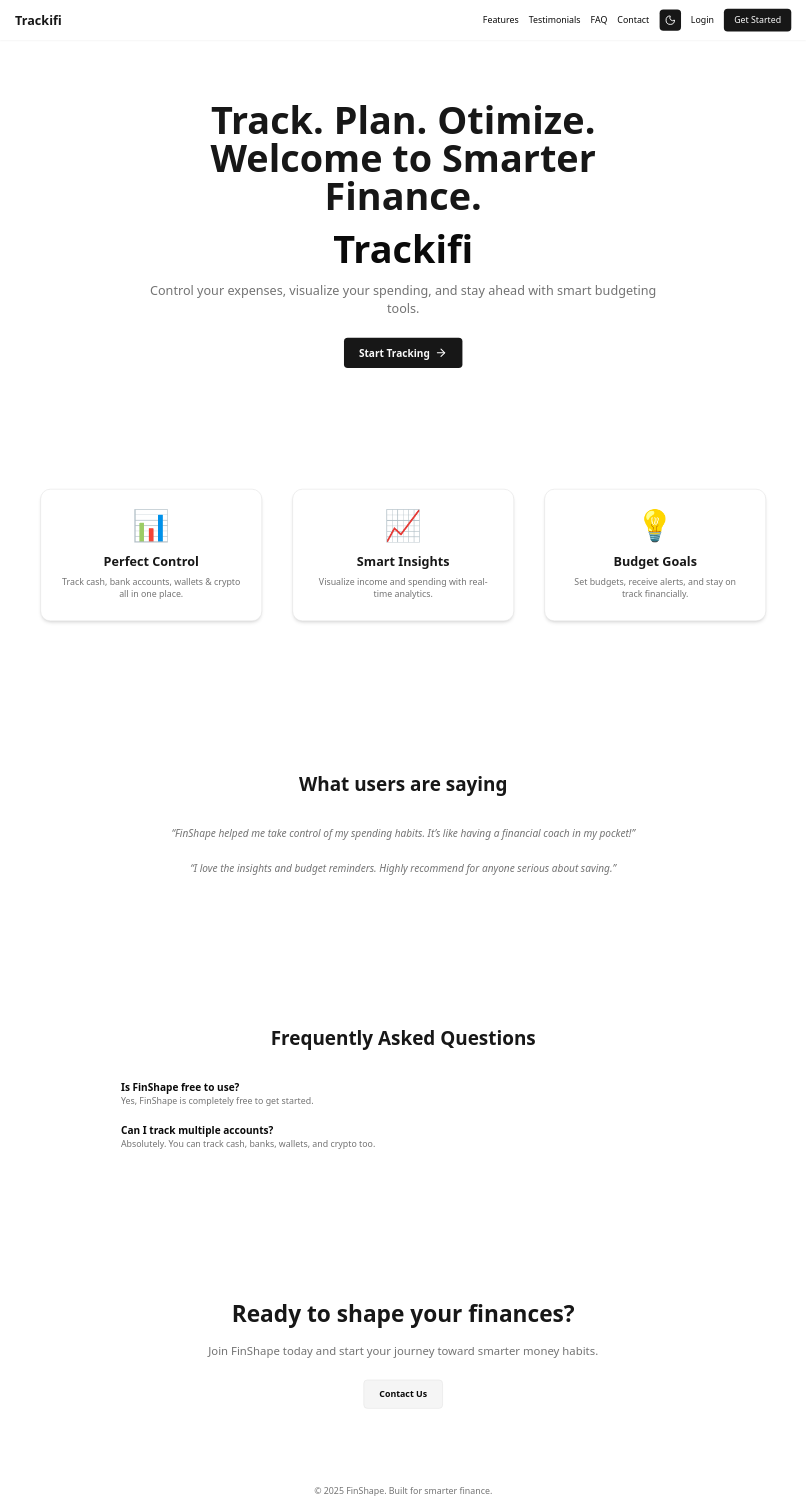
Repository: ruthvik-mt/Trackifi
Page: /categories (app in frontend/)
These files come from the project's save history. The page is drawn as it stood at one moment and after a run of saves; the edit follows.
The browser window is 1280 px wide. The pictures show the whole page, at 63% of full size.
The project was rebuilt for these pictures with package versions that can differ from the ones it lists, and the page was loaded fresh each time. Also part of the build but not shown: frontend/vite.config.ts, frontend/src/components/FormInput.tsx, frontend/src/pages/Auth/Login.tsx, frontend/src/pages/Auth/Register.tsx, frontend/src/components/Sidebar.tsx, frontend/src/components/ThemeToggleButton.tsx, frontend/src/components/Navbar.tsx, frontend/src/pages/Dashboard/Layout.tsx and 20 more.

Above is the page before, as saved 2025-07-15 23:14:17.

### frontend/index.html
<!-- index.html -->
<!DOCTYPE html>
<html lang="en">
  <head>
    <meta charset="UTF-8" />
    <link rel="icon" href="/favicon.svg" />
    <meta name="viewport" content="width=device-width, initial-scale=1.0" />

    <!-- Critical script: apply theme before paint -->
    <script>
      const theme = localStorage.getItem("theme");
      if (
        theme === "dark" ||
        (!theme && window.matchMedia("(prefers-color-scheme: dark)").matches)
      ) {
        document.documentElement.classList.add("dark");
      } else {
        document.documentElement.classList.remove("dark");
      }
    </script>

    <title>FinShape</title>
  </head>
  <body>
    <div id="root"></div>
    <script type="module" src="/src/main.tsx"></script>
  </body>
</html>

### frontend/src/main.tsx
import React from "react";
import ReactDOM from "react-dom/client";
import App from "./App";
import "./tailwind.css";
import { AuthProvider } from "./context/AuthProvider";
import { ThemeProvider } from "./context/ThemeProvider"; // ✅ Add ThemeProvider
import { BrowserRouter as Router } from "react-router-dom";

ReactDOM.createRoot(document.getElementById("root")!).render(
  <React.StrictMode>
    <Router>
      {/* ✅ Wrap app with theme context */}
      <ThemeProvider>
        <AuthProvider>
          <App />
        </AuthProvider>
      </ThemeProvider>
    </Router>
  </React.StrictMode>
);

### frontend/src/App.tsx
import { Routes, Route, Navigate } from "react-router-dom";
import Login from "./pages/Auth/Login";
import Register from "./pages/Auth/Register";
import Dashboard from "./pages/Dashboard/Dashboard";
import CategoryList from "./pages/Categories/CategoryList";
import TransactionList from "./pages/Transactions/TransactionList";
import BudgetList from "./pages/Budgets/BudgetList";
import MonthlyTotal from "./pages/Insights/MonthlyTotal";
import CategoryBreakdown from "./pages/Insights/CategoryBreakdown";
import BudgetComparison from "./pages/Insights/BudgetComparison";
import ProtectedRoute from "./components/ProtectedRoute";
import LandingPage from "./pages/LandingPage"; // ✅ Add this import

export default function App() {
  return (
    <Routes>
      {/* Landing Page */}
      <Route path="/" element={<LandingPage />} /> {/* ✅ New route */}

      {/* Auth Routes */}
      <Route path="/login" element={<Login />} />
      <Route path="/register" element={<Register />} />

      {/* Protected Routes */}
      <Route
        path="/dashboard"
        element={
          <ProtectedRoute>
            <Dashboard />
          </ProtectedRoute>
        }
      />
      <Route
        path="/categories"
        element={
          <ProtectedRoute>
            <CategoryList />
          </ProtectedRoute>
        }
      />
      <Route
        path="/transactions"
        element={
          <ProtectedRoute>
            <TransactionList />
          </ProtectedRoute>
        }
      />
      <Route
        path="/budgets"
        element={
          <ProtectedRoute>
            <BudgetList />
          </ProtectedRoute>
        }
      />
      <Route
        path="/insights/monthly-total"
        element={
          <ProtectedRoute>
            <MonthlyTotal />
          </ProtectedRoute>
        }
      />
      <Route
        path="/insights/category-breakdown"
        element={
          <ProtectedRoute>
            <CategoryBreakdown />
          </ProtectedRoute>
        }
      />
      <Route
        path="/insights/budget-comparison"
        element={
          <ProtectedRoute>
            <BudgetComparison />
          </ProtectedRoute>
        }
      />

      {/* Fallback Route */}
      <Route path="*" element={<Navigate to="/" />} /> {/* ✅ Updated from "/login" to "/" */}
    </Routes>
  );
}

### frontend/src/tailwind.css
@tailwind base;
@tailwind components;
@tailwind utilities;

/* =========================
   Base Theme Variables
   ========================= */

@layer base {
  :root {
    --background: 0 0% 100%;
    --foreground: 0 0% 3.9%;

    --card: 0 0% 100%;
    --card-foreground: 0 0% 3.9%;

    --popover: 0 0% 100%;
    --popover-foreground: 0 0% 3.9%;

    --primary: 0 0% 9%;
    --primary-foreground: 0 0% 98%;

    --secondary: 0 0% 96.1%;
    --secondary-foreground: 0 0% 9%;

    --muted: 0 0% 96.1%;
    --muted-foreground: 0 0% 45.1%;

    --accent: 0 0% 96.1%;
    --accent-foreground: 0 0% 9%;

    --destructive: 0 84.2% 60.2%;
    --destructive-foreground: 0 0% 98%;

    --border: 0 0% 89.8%;
    --input: 0 0% 89.8%;
    --ring: 0 0% 3.9%;

    --chart-1: 12 76% 61%;
    --chart-2: 173 58% 39%;
    --chart-3: 197 37% 24%;
    --chart-4: 43 74% 66%;
    --chart-5: 27 87% 67%;

    --radius: 0.5rem;

    --tooltip-bg: #ffffff;
    --tooltip-color: #000000;
  }

  .dark {
    --background: 0 0% 3.9%;
    --foreground: 0 0% 98%;

    --card: 0 0% 3.9%;
    --card-foreground: 0 0% 98%;

    --popover: 0 0% 3.9%;
    --popover-foreground: 0 0% 98%;

    --primary: 0 0% 98%;
    --primary-foreground: 0 0% 9%;

    --secondary: 0 0% 14.9%;
    --secondary-foreground: 0 0% 98%;

    --muted: 0 0% 14.9%;
    --muted-foreground: 0 0% 63.9%;

    --accent: 0 0% 14.9%;
    --accent-foreground: 0 0% 98%;

    --destructive: 0 62.8% 30.6%;
    --destructive-foreground: 0 0% 98%;

    --border: 0 0% 14.9%;
    --input: 0 0% 14.9%;
    --ring: 0 0% 83.1%;

    --chart-1: 220 70% 50%;
    --chart-2: 160 60% 45%;
    --chart-3: 30 80% 55%;
    --chart-4: 280 65% 60%;
    --chart-5: 340 75% 55%;

    --tooltip-bg: #d9dde2; /* dark gray or slate */
    --tooltip-color: #0d0f11;
  }
}

/* =========================
   Global Element Styles
   ========================= */
@layer base {
  * {
    @apply border-border;
  }

  html,
  body {
    @apply bg-background text-foreground antialiased;
    min-height: 100%;
    scroll-behavior: smooth;
  }

  input,
  select,
  textarea {
    @apply bg-input text-foreground placeholder-muted-foreground
           border border-border rounded px-3 py-2
           focus:outline-none focus:ring-2 focus:ring-ring;
  }

  button {
    @apply transition-colors bg-primary text-primary-foreground px-4 py-2 rounded
           hover:bg-primary/90 focus:outline-none focus:ring-2 focus:ring-ring;
  }
}

### frontend/src/context/ThemeProvider.tsx
import { useEffect, useState, ReactNode } from "react";
import { ThemeContext, Theme } from "./ThemeContext";

export const ThemeProvider = ({ children }: { children: ReactNode }) => {
  const getInitialTheme = (): Theme => {
    if (typeof window === "undefined") return "light";
    const stored = localStorage.getItem("theme");
    if (stored === "light" || stored === "dark") return stored;
    return window.matchMedia("(prefers-color-scheme: dark)").matches ? "dark" : "light";
  };

  const [theme, setTheme] = useState<Theme>(getInitialTheme);

  useEffect(() => {
    const root = document.documentElement;
    if (theme === "dark") {
      root.classList.add("dark");
    } else {
      root.classList.remove("dark");
    }
    localStorage.setItem("theme", theme);
  }, [theme]);

  const toggleTheme = () => setTheme(prev => (prev === "dark" ? "light" : "dark"));

  return (
    <ThemeContext.Provider value={{ theme, toggleTheme }}>
      {children}
    </ThemeContext.Provider>
  );
};

### frontend/src/components/ProtectedRoute.tsx
// // src/components/ProtectedRoute.tsx
// import { Navigate } from "react-router-dom";
// import { useAuth } from "@/hooks/useAuth";
// import { ReactNode } from "react";

// const ProtectedRoute = ({ children }: { children: ReactNode }) => {
//   const { token } = useAuth();
//   return token ? <>{children}</> : <Navigate to="/login" replace />;
// };

// export default ProtectedRoute;

import { Navigate } from "react-router-dom";
import { useAuth } from "../hooks/useAuth"; // ✅ Correct path
import { JSX } from "react/jsx-runtime";

export default function ProtectedRoute({ children }: { children: JSX.Element }) {
  const { token } = useAuth();

  if (!token) return <Navigate to="/" replace />;
  return children;
}

### frontend/src/pages/LandingPage.tsx
import { Link } from "react-router-dom";
import { motion } from "framer-motion";
import { ArrowRight, Moon, Sun } from "lucide-react";
import { useTheme } from "../hooks/useTheme";
import { useState, useEffect } from "react";
import { Spinner } from "@/components/Spinner";

export default function LandingPage() {
  const { theme, toggleTheme } = useTheme();
  const [buttonLoading, setButtonLoading] = useState(true);

  useEffect(() => {
    const timer = setTimeout(() => setButtonLoading(false), 1000);
    return () => clearTimeout(timer);
  }, []);

  return (
    <div className="min-h-screen bg-background text-foreground">
      {/* ────────────── Header ────────────── */}
      <header className="sticky top-0 z-10 h-16 bg-card text-card-foreground shadow-sm flex items-center justify-between px-6">
        <a href="#hero" className="text-xl font-bold text-primary">Trackifi</a>

        <nav className="flex items-center gap-4">
          <a href="#features" className="text-sm font-medium hover:text-primary transition-colors">Features</a>
          <a href="#testimonials" className="text-sm font-medium hover:text-primary transition-colors">Testimonials</a>
          <a href="#faq" className="text-sm font-medium hover:text-primary transition-colors">FAQ</a>
          <a href="#cta" className="text-sm font-medium over:text-primary transition-colors">Contact</a>

          <button
            onClick={toggleTheme}
            className="px-2 py-2 rounded-md text-sm font-medium bg-primary text-primary-foreground hover:bg-primary/90 transition-colors flex items-center justify-center"
            aria-label={`Switch to ${theme === "dark" ? "light" : "dark"} mode`}
          >
            {theme === "dark" ? <Sun size={18} /> : <Moon size={18} />}
          </button>

          <Link
            to="/login"
            className="text-sm font-medium hover:text-primary transition-colors"
          >
            Login
          </Link>

          {buttonLoading ? (
            <Spinner size="default" />
          ) : (
            <Link to="/register">
              <button className="px-4 py-2 rounded-md text-sm font-medium bg-primary text-primary-foreground hover:bg-primary/90 transition-colors">
                Get Started
              </button>
            </Link>
          )}
        </nav>
      </header>

      {/* ────────────── Hero Section ────────────── */}
      <motion.section
        id="hero"
        className="text-center px-6 py-24 max-w-4xl mx-auto"
        initial={{ opacity: 0, y: 30 }}
        animate={{ opacity: 1, y: 0 }}
        transition={{ duration: 0.6 }}
      >
        <h1 className="text-5xl md:text-6xl font-extrabold leading-tight mb-6 text-primary">
  Track. Plan. Otimize. Welcome to Smarter Finance.
</h1>

<h2 className="text-5xl md:text-6xl font-extrabold text-center leading-tight mb-6 xt-primary">
  Trackifi
</h2>

        <p className="text-lg md:text-xl text-muted-foreground mb-8">
          Control your expenses, visualize your spending, and stay ahead with smart budgeting tools.
        </p>

        {buttonLoading ? (
          <div className="flex justify-center">
            <Spinner size="lg" />
          </div>
        ) : (
          <Link to="/register">
            <button
              aria-label="Start tracking your expenses"
              className="px-6 py-3 rounded-md font-semibold bg-primary text-primary-foreground hover:bg-primary/90 inline-flex items-center gap-2 transition-colors"
            >
              Start Tracking <ArrowRight size={20} />
            </button>
          </Link>
        )}
      </motion.section>

      {/* ────────────── Features Section ────────────── */}
      <motion.section
        id="features"
        className="py-24 px-6 bg-background"
        initial={{ opacity: 0 }}
        whileInView={{ opacity: 1 }}
        viewport={{ once: true, amount: 0.2 }}
        transition={{ duration: 0.8 }}
      >
        <div className="max-w-6xl mx-auto grid gap-12 md:grid-cols-3 text-center">
          {[
            {
              icon: "📊",
              title: "Perfect Control",
              desc: "Track cash, bank accounts, wallets & crypto all in one place.",
            },
            {
              icon: "📈",
              title: "Smart Insights",
              desc: "Visualize income and spending with real-time analytics.",
            },
            {
              icon: "💡",
              title: "Budget Goals",
              desc: "Set budgets, receive alerts, and stay on track financially.",
            },
          ].map(({ icon, title, desc }, index) => (
            <motion.div
              key={title}
              className="bg-white dark:bg-zinc-900 text-zinc-800 dark:text-white border border-border p-8 rounded-2xl shadow-md hover:shadow-xl transition-transform"
              initial={{ opacity: 0, y: 40, scale: 0.95 }}
              whileInView={{ opacity: 1, y: 0, scale: 1 }}
              viewport={{ once: true, amount: 0.3 }}
              whileHover={{ scale: 1.06 }}
              transition={{
                duration: 0.6,
                delay: index * 0.2,
                type: "spring",
                stiffness: 120,
              }}
            >
              <div className="text-5xl mb-5">{icon}</div>
              <h3 className="text-xl font-bold mb-2 text-primary">{title}</h3>
              <p className="text-sm text-muted-foreground">{desc}</p>
            </motion.div>
          ))}
        </div>
      </motion.section>

      {/* ────────────── Testimonials Section ────────────── */}
    <motion.section
  id="testimonials"
  className="py-24 px-6 bg-background text-center"
  initial={{ opacity: 0 }}
  whileInView={{ opacity: 1 }}
  viewport={{ once: true, amount: 0.2 }}
  transition={{ duration: 0.8 }}
>
  <div className="h-12 bg-gradient-to-b from-transparent to-background" />
  <h2 className="text-3xl font-bold mb-12 text-primary">What users are saying</h2>
  <div className="max-w-4xl mx-auto space-y-8">
    {[
      "FinShape helped me take control of my spending habits. It’s like having a financial coach in my pocket!",
      "I love the insights and budget reminders. Highly recommend for anyone serious about saving.",
    ].map((text, index) => (
      <motion.blockquote
        key={index}
        className="italic text-muted-foreground"
        initial={{ opacity: 0, y: 20 }}
        whileInView={{ opacity: 1, y: 0 }}
        transition={{ duration: 0.5, delay: index * 0.2 }}
        viewport={{ once: true, amount: 0.5 }}
      >
        {`“${text}”`}
      </motion.blockquote>
    ))}
  </div>
</motion.section>



      {/* ────────────── FAQ Section ────────────── */}
     <motion.section
  id="faq"
  className="py-24 px-6 bg-background"
  initial={{ opacity: 0 }}
  whileInView={{ opacity: 1 }}
  viewport={{ once: true, amount: 0.2 }}
  transition={{ duration: 0.8 }}
>
  <div className="h-12 bg-gradient-to-b from-transparent to-background" />
  <h2 className="text-3xl font-bold mb-12 text-center text-primary">Frequently Asked Questions</h2>
  <div className="max-w-4xl mx-auto space-y-6">
    {[
      {
        question: "Is FinShape free to use?",
        answer: "Yes, FinShape is completely free to get started.",
      },
      {
        question: "Can I track multiple accounts?",
        answer: "Absolutely. You can track cash, banks, wallets, and crypto too.",
      },
    ].map(({ question, answer }, index) => (
      <motion.div
        key={index}
        initial={{ opacity: 0, y: 20 }}
        whileInView={{ opacity: 1, y: 0 }}
        transition={{ duration: 0.5, delay: index * 0.2 }}
        viewport={{ once: true, amount: 0.5 }}
      >
        <h4 className="font-semibold">{question}</h4>
        <p className="text-sm text-muted-foreground">{answer}</p>
      </motion.div>
    ))}
  </div>
</motion.section>



      {/* ────────────── Call to Action ────────────── */}
      <motion.section
  id="cta"
  className="py-24 px-6 bg-background text-center"
  initial={{ opacity: 0 }}
  whileInView={{ opacity: 1 }}
  viewport={{ once: true, amount: 0.2 }}
  transition={{ duration: 0.8 }}
>
  <div className="h-12 bg-gradient-to-b from-transparent to-background" />
  <motion.div
    className="max-w-2xl mx-auto"
    initial={{ opacity: 0, y: 30 }}
    whileInView={{ opacity: 1, y: 0 }}
    transition={{ duration: 0.6 }}
    viewport={{ once: true }}
  >
    <h2 className="text-4xl font-bold mb-6 text-primary">Ready to shape your finances?</h2>
    <p className="mb-8 text-lg text-muted-foreground">
      Join FinShape today and start your journey toward smarter money habits.
    </p>
    <div className="flex flex-col sm:flex-row gap-4 justify-center">
      <Link to="/contact">
        <button className="px-6 py-3 text-sm font-semibold bg-muted text-foreground border border-border rounded-md hover:bg-muted/80 transition-colors">
          Contact Us
        </button>
      </Link>
    </div>
  </motion.div>
</motion.section>



      {/* ────────────── Footer ────────────── */}
      <footer className="text-center py-6 text-sm text-muted-foreground bg-background">
        © {new Date().getFullYear()} FinShape. Built for smarter finance.
      </footer>
    </div>
  );
}

### frontend/src/context/AuthContext.tsx
// import { createContext } from "react";
// import { User } from "@/types/Auth";

// export interface AuthContextType {
//   token: string | null;
//   user: User | null;
//   login: (token: string) => void;
//   logout: () => void;
// }

// export const AuthContext = createContext<AuthContextType>({
//   token: null,
//   user: null,
//   login: () => {},
//   logout: () => {},
// });

// src/context/AuthContext.ts
import { createContext } from "react";

export interface AuthContextType {
  token: string | null;
  login: (email: string, password: string) => Promise<void>;
  logout: () => void;
}

export const AuthContext = createContext<AuthContextType>(
  {} as AuthContextType // ✅ Safe for use without null-checks
);

### frontend/src/axios.ts
// // src/axios.ts
// import axios from "axios";

// const axiosInstance = axios.create({
//   baseURL: "http://localhost:8080/api",
// });

// axiosInstance.interceptors.request.use((config) => {
//   const token = localStorage.getItem("token");
//   if (token && config.headers) {
//     config.headers.Authorization = `Bearer ${token}`;
//   }
//   return config;
// });

// export default axiosInstance;

// src/axios.ts
// src/axios.ts
import axios from "axios";

const instance = axios.create({
  baseURL: "", // <-- frontend sends /api/... and Vite handles the proxy
  headers: {
    "Content-Type": "application/json",
  },
});

instance.interceptors.request.use((config) => {
  const token = localStorage.getItem("token");
  if (token) {
    config.headers = config.headers || {};
    config.headers["Authorization"] = `Bearer ${token}`;
  }
  return config;
});

export default instance;

### frontend/src/context/ThemeContext.tsx
import { createContext } from "react";

export type Theme = "light" | "dark";

export interface ThemeContextType {
  theme: Theme;
  toggleTheme: () => void;
}

export const ThemeContext = createContext<ThemeContextType | undefined>(undefined);

### frontend/src/hooks/useAuth.ts
// import { useContext } from "react";
// import { AuthContext } from "@/context/AuthContext";

// export const useAuth = () => useContext(AuthContext);

import { useContext } from "react";
import { AuthContext } from "../context/AuthContext";

export const useAuth = () => {
  const ctx = useContext(AuthContext);
  if (!ctx) throw new Error("useAuth must be used inside <AuthProvider>");
  return ctx;
};

### frontend/src/hooks/useTheme.ts
// src/hooks/useTheme.ts
import { useContext } from "react";
import { ThemeContext } from "../context/ThemeContext";

export function useTheme() {
  const context = useContext(ThemeContext);
  if (!context) {
    throw new Error("useTheme must be used within a ThemeProvider");
  }
  return context;
}

### frontend/src/components/Spinner.tsx
// src/components/Spinner.tsx
import { cn } from "@/lib/utils";
import { cva, VariantProps } from "class-variance-authority";
import { Loader } from "lucide-react";

const spinnerVariants = cva("text-muted-foreground animate-spin", {
  variants: {
    size: {
      default: "h-4 w-4",
      sm: "h-2 w-2",
      lg: "h-6 w-6",
      icon: "h-10 w-10",
    },
  },
  defaultVariants: {
    size: "default",
  },
});

interface SpinnerProps extends VariantProps<typeof spinnerVariants> {
  className?: string;
}

export const Spinner = ({ size }: SpinnerProps) => {
  return <Loader className={cn(spinnerVariants({ size }))} />;
};

Loaded but not shown: frontend/src/lib/utils.ts (common file); frontend/tailwind.config.js (86 lines, source omitted); frontend/src/context/AuthProvider.tsx (91 lines, source omitted)

After the next 2 saves:
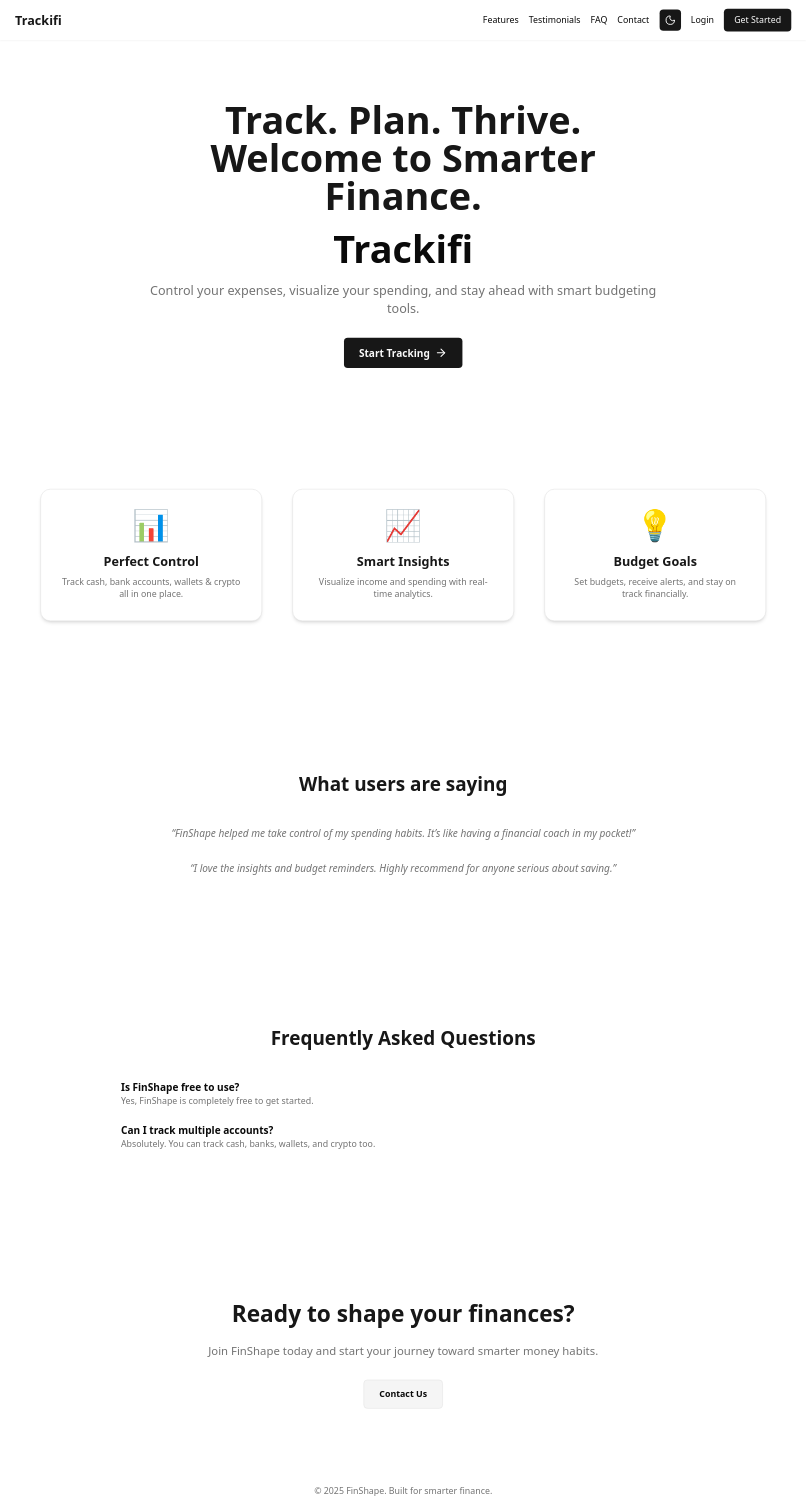
The 2 saves are shown as one change because they came seconds apart.
The last was saved 43 s later.
--- a/frontend/src/pages/LandingPage.tsx
+++ b/frontend/src/pages/LandingPage.tsx
@@ -62,7 +62,7 @@ export default function LandingPage() {
         transition={{ duration: 0.6 }}
       >
         <h1 className="text-5xl md:text-6xl font-extrabold leading-tight mb-6 text-primary">
-  Track. Plan. Otimize. Welcome to Smarter Finance.
+  Track. Plan. Thrive. Welcome to Smarter Finance.
 </h1>
 
 <h2 className="text-5xl md:text-6xl font-extrabold text-center leading-tight mb-6 xt-primary">
